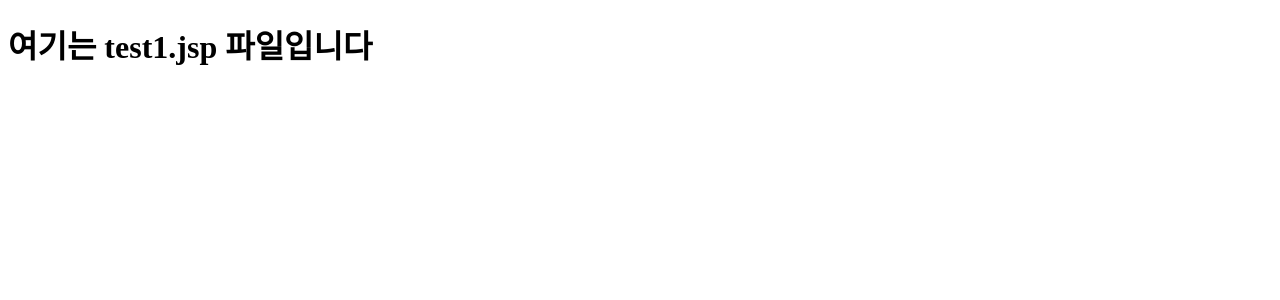
Repository: heojun0827/SpringMvc
Page: http://localhost/Test/test1.jsp
The author's editor kept a copy of each file at every save. The page is drawn from the files as they stood at one save, then again after a run of saves.
The browser window is 1280 px wide. The pictures show the whole page.
The page is served by Tomcat 9.

Above is the page before, as saved 2023-06-02 05:30:42.

After the next 3 saves:
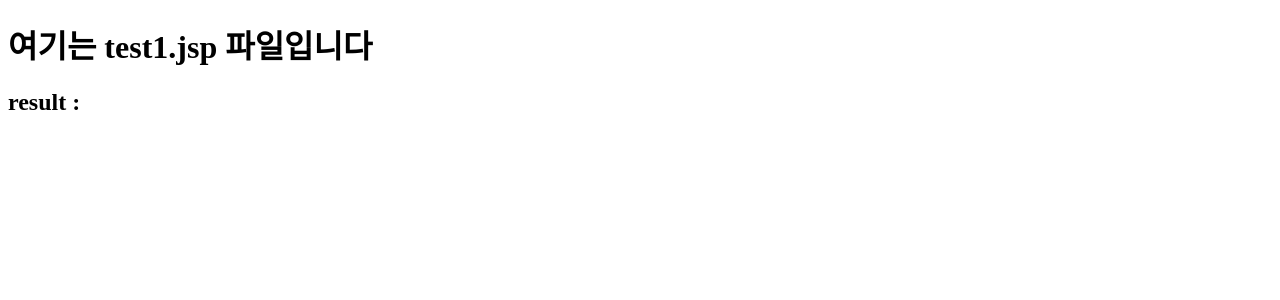
The 3 saves are shown as one change because they came seconds apart.
The last was saved 10 s later.
--- a/Test/WebContent/test1.jsp
+++ b/Test/WebContent/test1.jsp
@@ -8,6 +8,6 @@
 </head>
 <body>
 	<h1>여기는 test1.jsp 파일입니다</h1>
-	<h2></h2>
+	<h2>result :${result }</h2>
 </body>
 </html>
